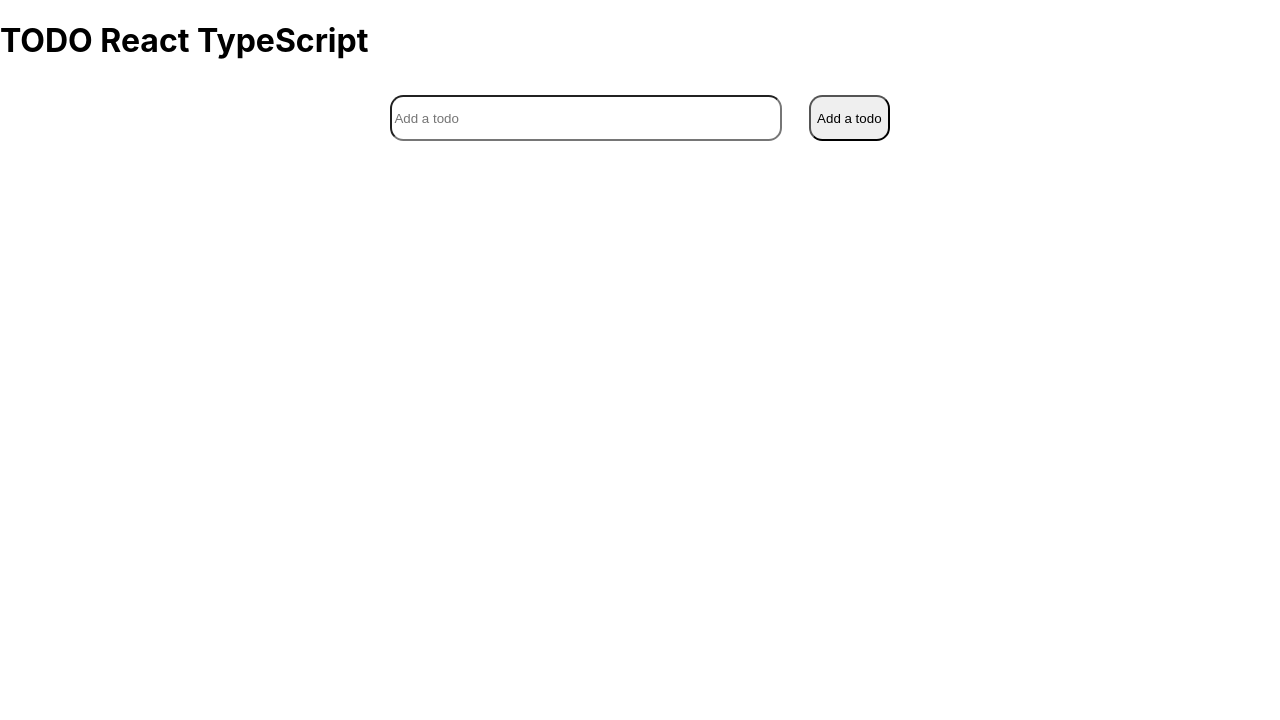
Repository: gligor99/todo-ts-react
Page: /
The author's editor kept a copy of each file at every save. The page is drawn from the files as they stood at one save, then again after the next save.
The browser window is 1280 px wide. The pictures show the whole page.
The project was rebuilt for these pictures with package versions that can differ from the ones it lists, and the page was loaded fresh each time. Also part of the build but not shown: src/components/TodoListItem.tsx.

Above is the page before, as saved 2021-11-19 21:31:40.

After the next save:
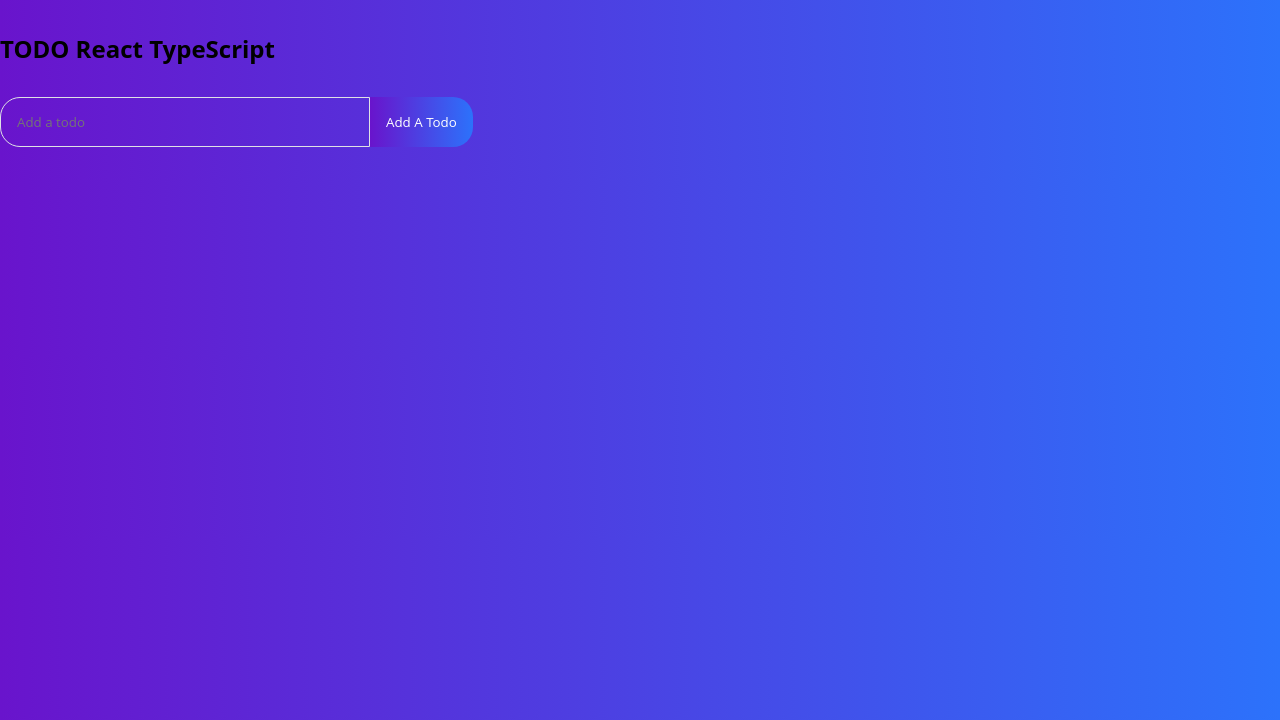
Saved 59 s later.
--- a/src/App.css
+++ b/src/App.css
@@ -1,19 +1,100 @@
+* {
+  font-family: 'Open Sans';
+}
+body {
+  background: linear-gradient(
+    90deg,
+    rgba(105, 20, 204, 1) 0%,
+    rgba(44, 114, 251, 1) 100%
+  );
+}
+.todo-app {
+  display: flex;
+  flex-direction: column;
+  justify-content: start;
+  width: 500px;
+  min-height: 500px;
+  background: white;
+  text-align: center;
+  margin: 128px auto;
+  border-radius: 5px;
+}
+
+h1 {
+  margin: 32px 0;
+  font-size: 24px;
+}
+
+.completed {
+  text-decoration: line-through;
+  opacity: 0.4;
+}
+
 .todo-form {
-    display: flex;
-    justify-content: center;
+  margin-bottom: 32px;
 }
+
+.todo-button {
+  padding: 16px;
+  border: none;
+  border-radius: 0 20px 20px 0;
+  cursor: pointer;
+  outline: none;
+  background: linear-gradient(
+    90deg,
+    rgba(105, 20, 204, 1) 0%,
+    rgba(44, 114, 251, 1) 100%
+  );
+  color: #fff;
+  text-transform: capitalize;
+}
+
 .todo-input {
-    margin: 1em;
-    height: 3em;
-    border-radius: 1em;
-    width: 30%;
+  padding: 15px 32px 15px 16px;
+  border-radius: 20px 0 0 20px;
+  border: 1px solid #dfe1e5;
+  outline: none;
+  width: 320px;
+  background: transparent;
 }
-.todo-button {
-    border-radius: 1em;
-    margin: 1em;
+
+.todo-input.edit {
+  border: 2px solid #149fff;
 }
+
+.todo-button.edit {
+  background: linear-gradient(
+    90deg,
+    rgba(20, 159, 255, 1) 0%,
+    rgba(17, 122, 255, 1) 100%
+  );
+  padding: 16px 22px;
+}
+
+.todo-container {
+  display: flex;
+  flex-direction: row;
+  position: relative;
+}
+
+ul {
+  list-style-type: none;
+  padding: 0;
+  margin: 0;
+}
+
 .todo-row {
-    display: flex;
-    flex-direction: column;
-    justify-content: start;
+  display: flex;
+  justify-content: flex-start;
+  align-items: center;
+  box-shadow: rgba(149, 157, 165, 0.2) 0px 8px 24px;
+  margin: 4px auto;
+
+  padding: 16px;
+  border-radius: 20px;
+  width: 80%;
 }
+
+.todo-row input {
+  margin-right: 10px;
+}

After the save that followed:
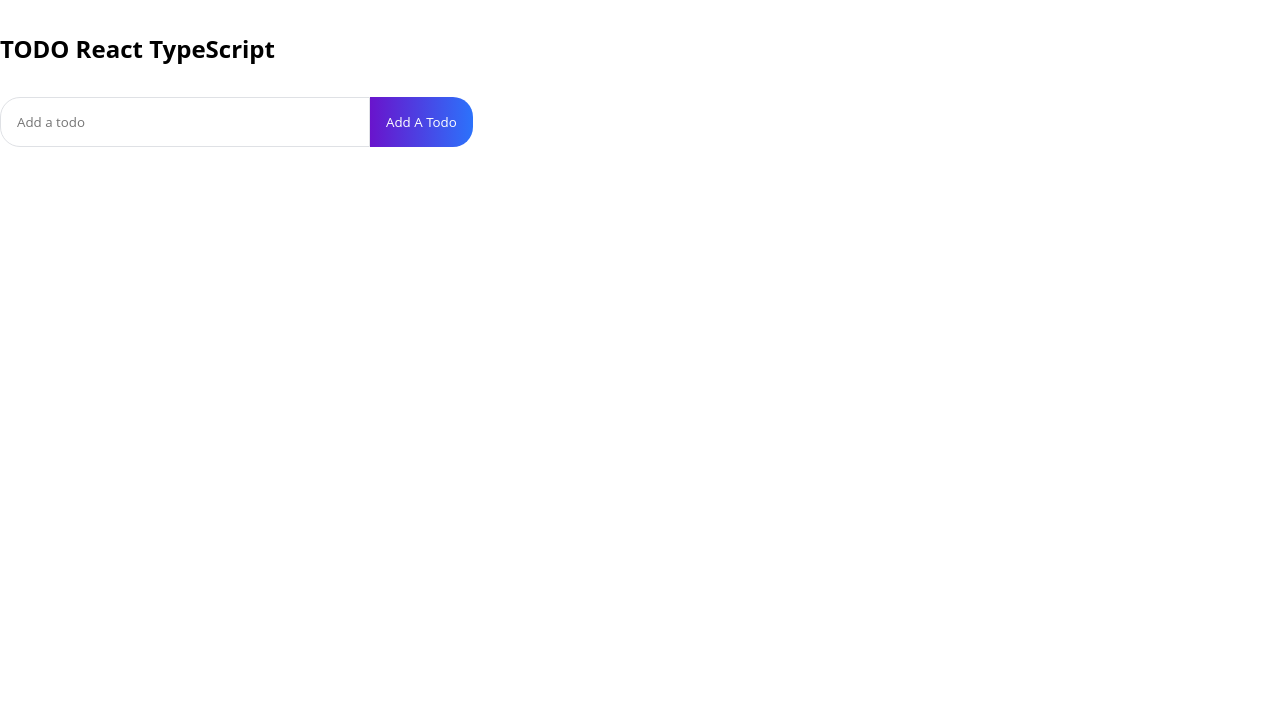
Saved 37 s later.
--- a/src/App.css
+++ b/src/App.css
@@ -1,12 +1,5 @@
 * {
   font-family: 'Open Sans';
-}
-body {
-  background: linear-gradient(
-    90deg,
-    rgba(105, 20, 204, 1) 0%,
-    rgba(44, 114, 251, 1) 100%
-  );
 }
 .todo-app {
   display: flex;
